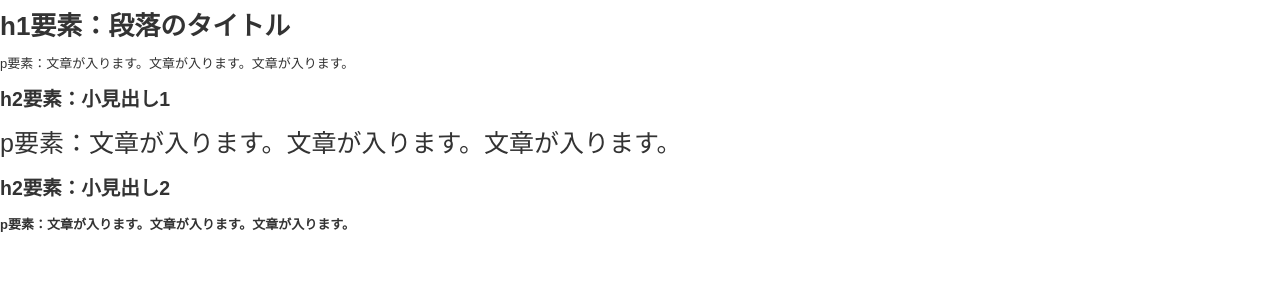
Repository: otanaoyuki/samurai_HTML-CSS
Page: index.html
The author's editor kept a record of every edit. The page is drawn from the files as they stood at one moment, then again after the next edit.
The browser window is 1280 px wide. The pictures show the whole page.

Above is the page before.

### index.html
<!DOCTYPE html>
<html lang="ja">
    <head>
        <meta charset="UTF-8">
        <title>HTML/CSSの学習</title>
            <link rel="stylesheet" href="stylesheet.css">
    </head>
    <body>
        <h1 class="blue">h1要素：段落のタイトル</h1>
        <p>p要素：文章が入ります。文章が入ります。文章が入ります。</p>
        <h2 class="blue">h2要素：小見出し1</h2>
        <p style="font-size: 25px;">
            p要素：文章が入ります。文章が入ります。文章が入ります。
        </p>
        <h2 id="red">h2要素：小見出し2</h2>
        <p style="font-weight: bold;">
            p要素：文章が入ります。文章が入ります。文章が入ります。
        </p>
    </body>
</html>

### stylesheet.css
@charset "utf-8";

body {
	margin: 0;
	padding: 0;
	font-family: "ヒラギノ角ゴ Pro W3", "Hiragino Kaku Gothic Pro", "メイリオ", Meiryo, Osaka, "ＭＳ Ｐゴシック", "MS PGothic", sans-serif;
	color: #333;
	font-size: 13px;
	line-height: 150%;
}

/* -------------------- wrapper -------------------- */
#wrapper {
    width: 100%;
    margin: auto;
    padding: 0px;
    border: 0px;
    background-color: #FFF;
    top: 10px;
    position: relative;
}

/* -------------------- header -------------------- */
#header {
	width: 100%;
}
#header h1 {
	margin: 0;
	padding: 0;
}

#corridor {
	width: 100%;
	height: auto;
}

/* -------------------- footer -------------------- */
#footer{
    clear:both;
    width:100%;
    padding:3px 0 3px 0;
    background-color:#39f;
    color:#fff;
    font-weight:bold;
    text-align:center;
}

/* -------------------- nav -------------------- */
#navi{
    width:100%;
}
#navi ul{
    margin:0;
    padding:0;
    list-style-type:none;
}
#navi ul li{
    float:left;
    width:20%;
    text-align:center;
}
#navi ul li a{
    display:block;
    height:20px;
    margin:0;
    padding:10px;
    color:#fff;
    font-size:20px;
    text-decoration: none;
    background-color: green;
    border-left:1px solid white;
}

#nav ul li a:hover{
    filter:drop-shadow(10px 10px 10px black);
}
/* -------------------- container -------------------- */
#container{
    width:100%;
    margin:auto;
    padding:auto;
    padding-top:20px;
    clear:both;
}
 /* -------------------- main -------------------- */
#main{
    float: left;
    width:60%;
    padding:10px 30px 10px 10px;
 }
#main h2{
    margin:0 0 10px 0;
    padding:3px 10px 3px 10px;
    color:#fff;
    font-size:16px;
    border-left:solid 10px #c00;
    background: #f90 url(../images/main_h2.jpg) right top repeat-y;
}
#main p{
    margin:0;
    padding:0;
}
#main .post{
    margin:0 0 30px 0;
}
#main .post img.right{
    margin:0 0 0 8px;
}
#main .post img.left{
    margin:0 8px 0 0;
}
.right{
    float:right;
    width:40%;
    height:auto;
}
.left{
    float:left;
    width:40%;
    height:auto;
}
/* -------------------- clearfix -------------------- */
.clearfix {
    zoom: 1;
}
.clearfix:after{
    content: "";
    display: block;
    clear: both;
}

/* -------------------- side -------------------- */
#side {
	float: right;
	width: 30%;
	padding: 20px;
	background-color: #F99;
}
#side .box {
	margin: 0 auto 30px auto;
	padding: 0 0 20px 0;
	background: url(images/side_box.png) bottom no-repeat;
}
#side .box h2 {
	margin: 0;
	padding: 8px;
	text-align: center;
	color: #fff;
	font-size: 16px;
	line-height: 16px;
	font-weight: normal;
	background: url(images/side_box_h2.png) center no-repeat;
}
#side .box .boxBody {
	padding: 8px;
	border-right: solid 1px #C36;
	border-bottom: solid 1px #C36;
	border-left: solid 1px #C36;
	background: #fff;
}
#side .box .boxBody ul {
	margin: 0 0 16px 0;
	padding: 0;
}
#side .box .boxBody ul li {
	padding: 8px 0 8px 4px;
	list-style: none;
	border-bottom: solid 1px #C36;
}

After the next edit:
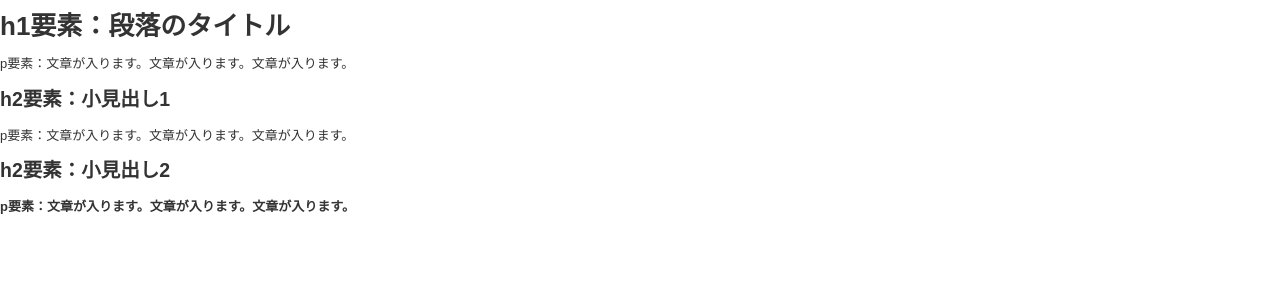
The edit:
--- a/index.html
+++ b/index.html
@@ -9,7 +9,7 @@
         <h1 class="blue">h1要素：段落のタイトル</h1>
         <p>p要素：文章が入ります。文章が入ります。文章が入ります。</p>
         <h2 class="blue">h2要素：小見出し1</h2>
-        <p style="font-size: 25px;">
+        <p classe="fs-25">
             p要素：文章が入ります。文章が入ります。文章が入ります。
         </p>
         <h2 id="red">h2要素：小見出し2</h2>
